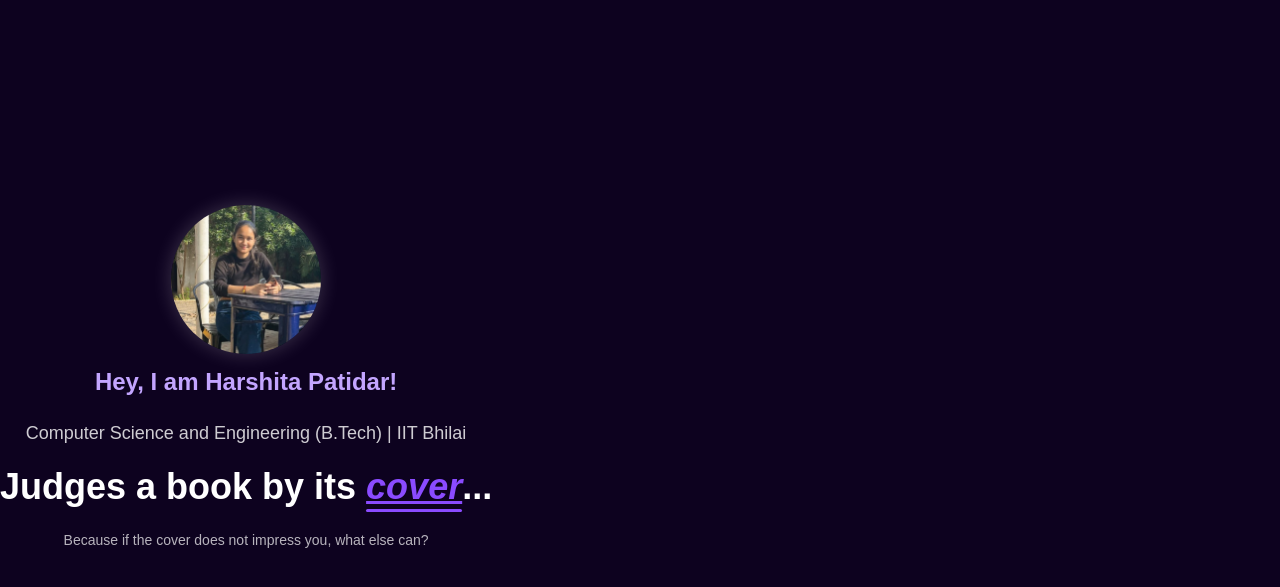
Repository: harshitap1305/Portfolio
Page: /
The author's editor kept a copy of each file at every save. The page is drawn from the files as they stood at one save, then again after the next save.
The browser window is 1280 px wide. The pictures show the whole page.
The project was rebuilt for these pictures with package versions that can differ from the ones it lists, and the page was loaded fresh each time. Also part of the build but not shown: vite.config.js.

Above is the page before, as saved 2025-03-27 17:09:28.

After the next save:
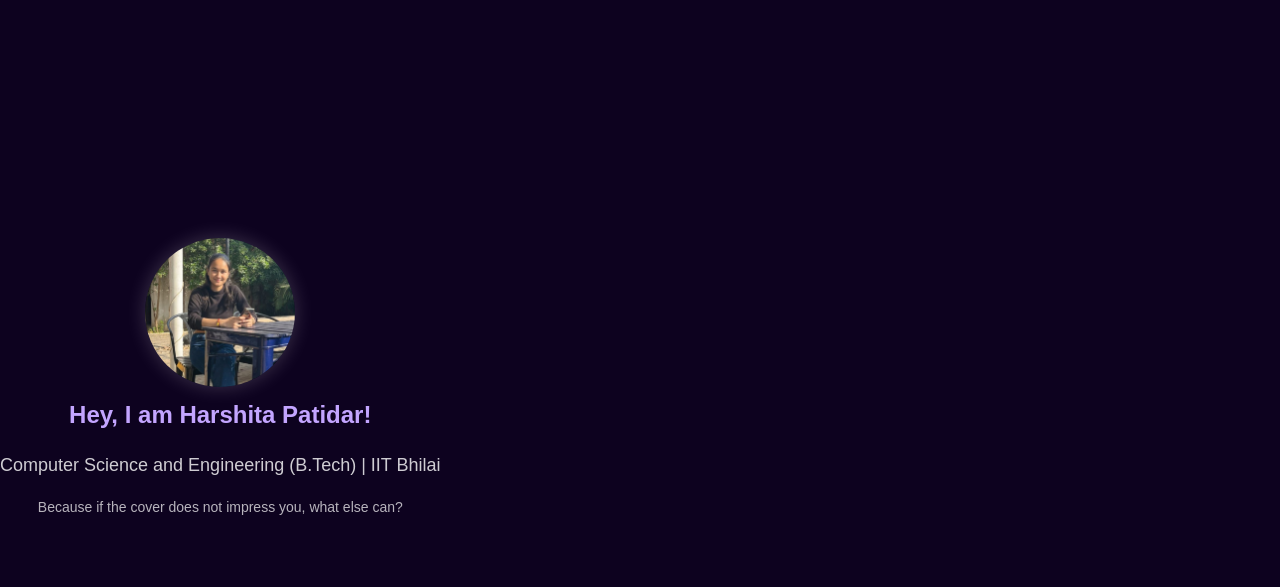
Saved 53 s later.
--- a/src/Home.jsx
+++ b/src/Home.jsx
@@ -8,9 +8,6 @@ const Home = () => {
       <img src={harshita} alt="Harshita Patidar" className="harshita" />
       <h2 className="name">Hey, I am Harshita Patidar!</h2>
       <p className="tagline">Computer Science and Engineering (B.Tech) | IIT Bhilai</p>
-      <h1 className="judging-text">
-        Judges a book by its <span className="cover">cover</span>...
-      </h1>
       <p className="subtext">
         Because if the cover does not impress you, what else can?
       </p>
